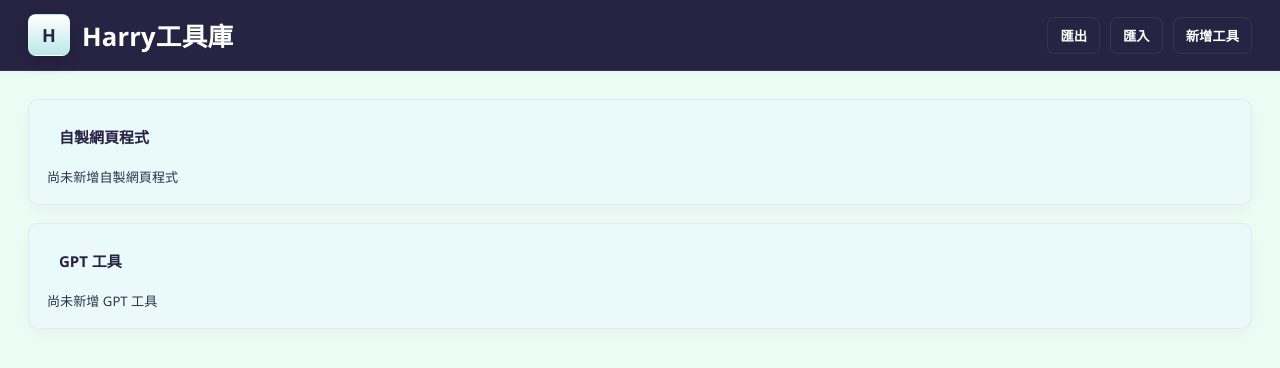
Repository: Harry985991/bmcvibecoding
Page: personal_tool_portal.html
The author's editor kept a copy of each file at every save. The page is drawn from the files as they stood at one save, then again after the next save.
The browser window is 1280 px wide. The pictures show the whole page.

Above is the page before, as saved 2025-08-22 23:21:07.

After the next save:
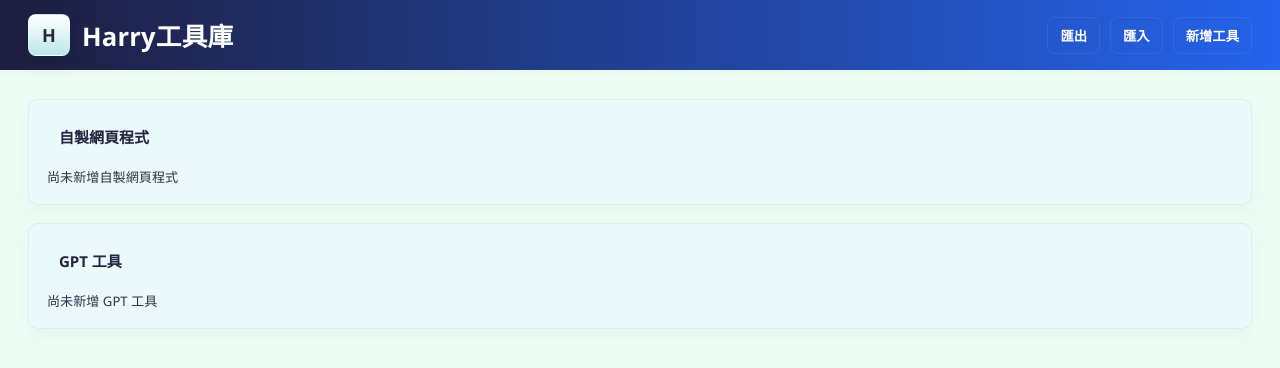
Saved 2 min 1 s later.
--- a/personal_tool_portal.html
+++ b/personal_tool_portal.html
@@ -8,7 +8,8 @@
 :root{
   --bg: #ECFDF5;           /* page background (updated) */
   --primary: #272343;      /* dark navy */
-  --banner: #272343;       /* banner color (attachment) */
+  /* banner 改為 深藍紫 -> 亮藍 漸層 */
+  --banner: linear-gradient(90deg, #1E1E3F 0%, #2563EB 100%);
   --muted: #2d334a;        /* paragraph */
   --accent: #ffd600;       /* accent (kept) */
   --teal: #bae8e8;         /* tag / light green-blue */
@@ -33,7 +34,9 @@
 
 /* top white banner */
 header {
-  background: var(--banner);              /* 改為附件深色 */
+  background: var(--banner);              /* 深藍紫 -> 亮藍 漸層 */
+  background-repeat: no-repeat;
+  background-size: cover;
   padding: 14px 28px;
   display: flex;
   align-items: center;

After the save that followed:
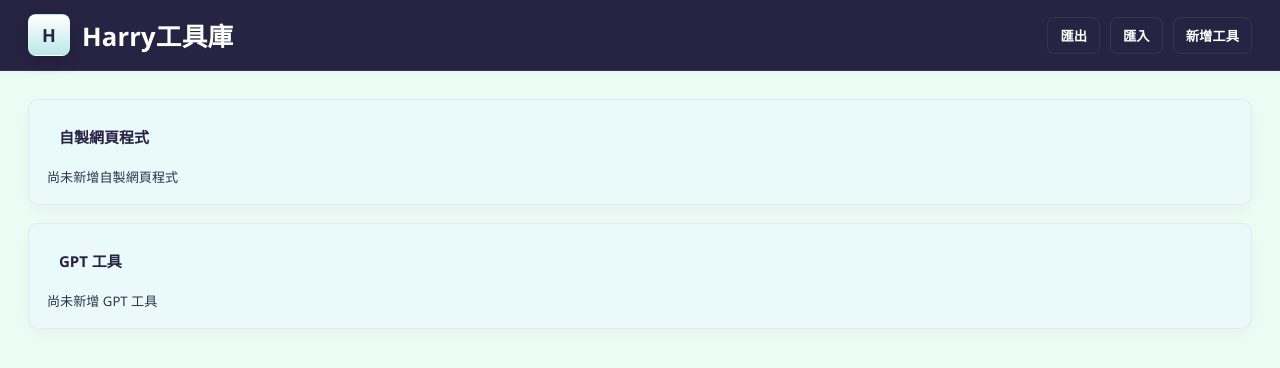
Saved 26 s later.
--- a/personal_tool_portal.html
+++ b/personal_tool_portal.html
@@ -8,8 +8,7 @@
 :root{
   --bg: #ECFDF5;           /* page background (updated) */
   --primary: #272343;      /* dark navy */
-  /* banner 改為 深藍紫 -> 亮藍 漸層 */
-  --banner: linear-gradient(90deg, #1E1E3F 0%, #2563EB 100%);
+  --banner: #272343;       /* banner color (attachment) */
   --muted: #2d334a;        /* paragraph */
   --accent: #ffd600;       /* accent (kept) */
   --teal: #bae8e8;         /* tag / light green-blue */
@@ -34,9 +33,7 @@
 
 /* top white banner */
 header {
-  background: var(--banner);              /* 深藍紫 -> 亮藍 漸層 */
-  background-repeat: no-repeat;
-  background-size: cover;
+  background: var(--banner);              /* 改為附件深色 */
   padding: 14px 28px;
   display: flex;
   align-items: center;
